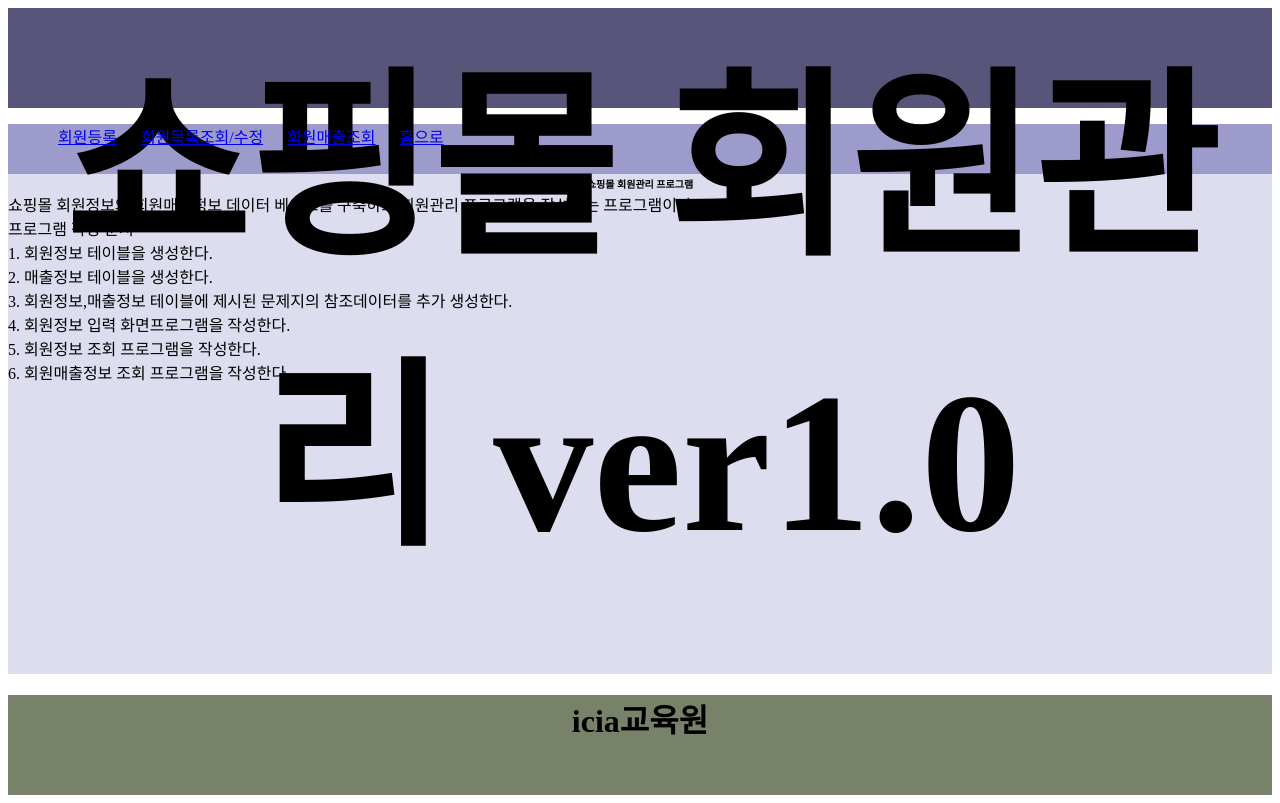
Repository: Kim-seongjun/javastudy2
Page: http://localhost/back_end_test/
These files come from the project's save history. The page is drawn as it stood at one moment and after the next save; the edit follows.
The browser window is 1280 px wide. The pictures show the whole page.
The page is served by Tomcat 9.

Above is the page before, as saved 2020-01-22 07:18:39.

After the next save:
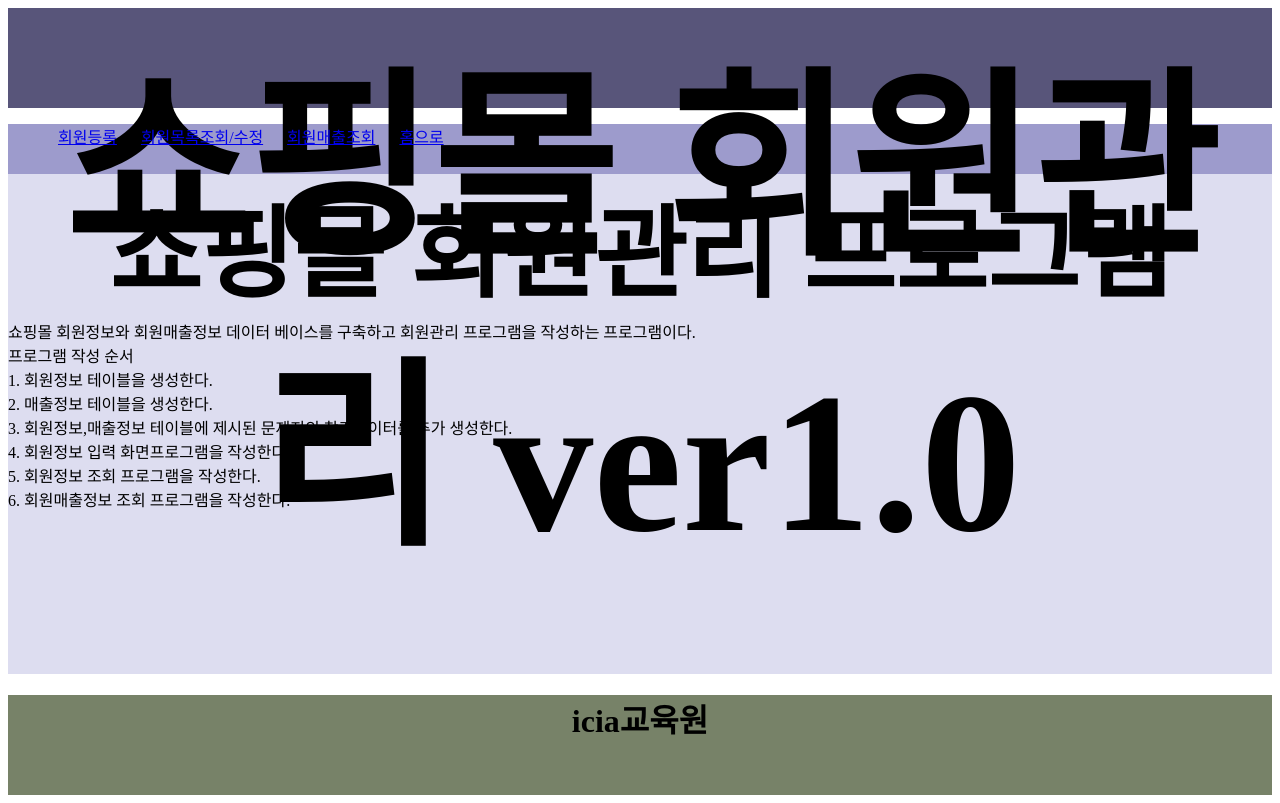
Saved 10 s later.
--- a/back_end_test/WebContent/menu.jsp
+++ b/back_end_test/WebContent/menu.jsp
@@ -7,7 +7,7 @@
 <title>Insert title here</title>
 </head>
 <body>
-	<div style="text-align: center;"><b style="font-size: 10px;">쇼핑몰 회원관리 프로그램</b></div>
+	<div style="text-align: center;"><b style="font-size: 100px;">쇼핑몰 회원관리 프로그램</b></div>
 	쇼핑몰 회원정보와 회원매출정보 데이터 베이스를 구축하고 회원관리 프로그램을 작성하는 프로그램이다.
 	<br> 프로그램 작성 순서
 	<br> 1. 회원정보 테이블을 생성한다.
